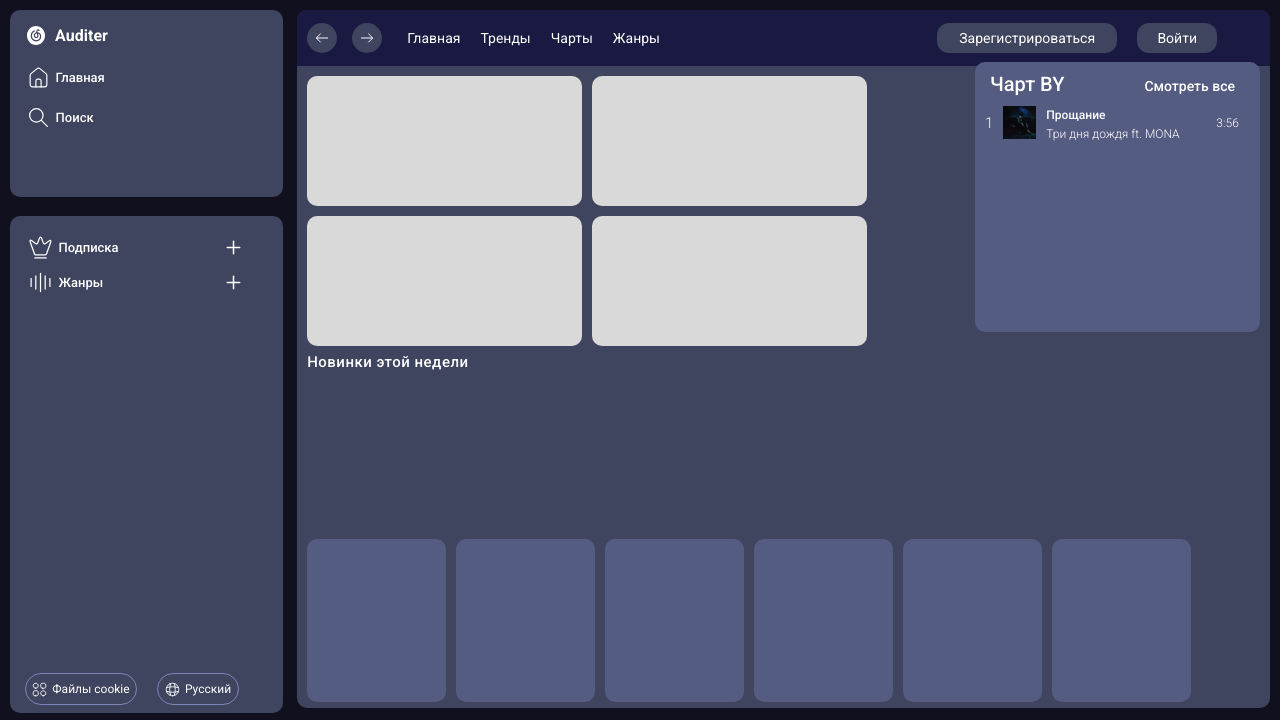
Repository: MaksimKrupkin/music_app
Page: /
An editor plug-in stored every save of this project. The page is shown before and after the next save, followed by the edit.
The browser window is 1280 px wide. The pictures show the whole page.
The project was rebuilt for these pictures with package versions that can differ from the ones it lists, and the page was loaded fresh each time. Also part of the build but not shown: vite.config.ts.

Above is the page before, as saved 2024-02-22 22:31:40.

After the next save:
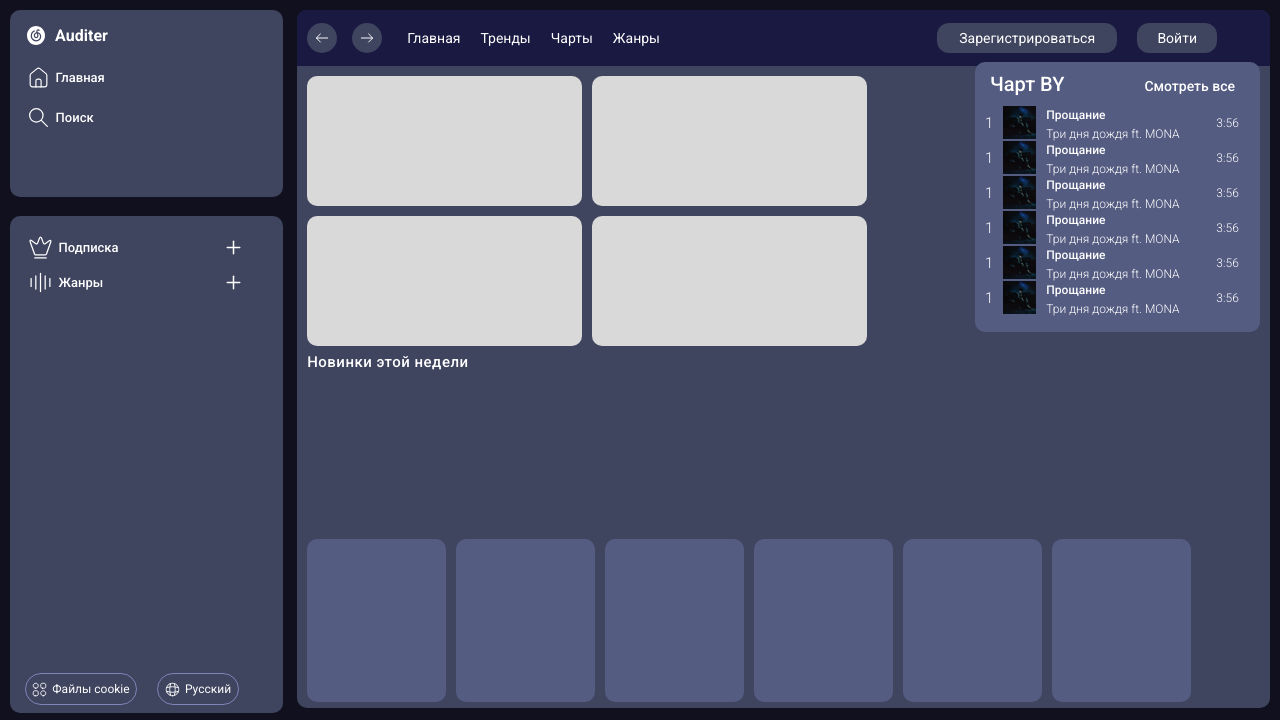
Saved 30 s later.
--- a/src/Components/MainScreen/Charts/Charts.tsx
+++ b/src/Components/MainScreen/Charts/Charts.tsx
@@ -16,13 +16,51 @@
         </div>
         <span className={styles.duration}>3:56</span>
       </div>
-      <div className={styles.track_wrapper}></div>
-
-      <div className={styles.track_wrapper}></div>
-
-      <div className={styles.track_wrapper}></div>
-      <div className={styles.track_wrapper}></div>
-      <div className={styles.track_wrapper}></div>
+      <div className={styles.track_wrapper}>
+        <span className={styles.position}>1</span>
+        <img className={styles.image} src={image1} alt="" />
+        <div className={styles.info}>
+          <span className={styles.title}>Прощание</span>
+          <span className={styles.author}>Три дня дождя ft. MONA</span>
+        </div>
+        <span className={styles.duration}>3:56</span>
+      </div>
+      <div className={styles.track_wrapper}>
+        <span className={styles.position}>1</span>
+        <img className={styles.image} src={image1} alt="" />
+        <div className={styles.info}>
+          <span className={styles.title}>Прощание</span>
+          <span className={styles.author}>Три дня дождя ft. MONA</span>
+        </div>
+        <span className={styles.duration}>3:56</span>
+      </div>
+      <div className={styles.track_wrapper}>
+        <span className={styles.position}>1</span>
+        <img className={styles.image} src={image1} alt="" />
+        <div className={styles.info}>
+          <span className={styles.title}>Прощание</span>
+          <span className={styles.author}>Три дня дождя ft. MONA</span>
+        </div>
+        <span className={styles.duration}>3:56</span>
+      </div>
+      <div className={styles.track_wrapper}>
+        <span className={styles.position}>1</span>
+        <img className={styles.image} src={image1} alt="" />
+        <div className={styles.info}>
+          <span className={styles.title}>Прощание</span>
+          <span className={styles.author}>Три дня дождя ft. MONA</span>
+        </div>
+        <span className={styles.duration}>3:56</span>
+      </div>
+      <div className={styles.track_wrapper}>
+        <span className={styles.position}>1</span>
+        <img className={styles.image} src={image1} alt="" />
+        <div className={styles.info}>
+          <span className={styles.title}>Прощание</span>
+          <span className={styles.author}>Три дня дождя ft. MONA</span>
+        </div>
+        <span className={styles.duration}>3:56</span>
+      </div>
     </section>
   );
 }
